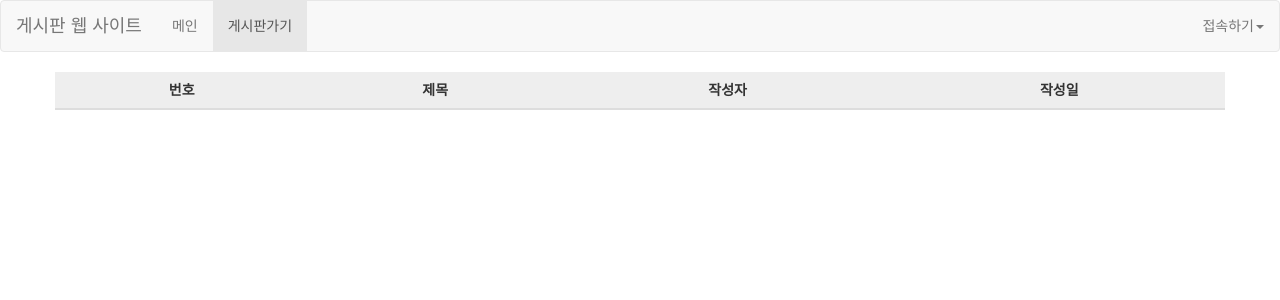
Repository: dbfjd01/save
Page: http://localhost/BBS/bbs.jsp
An editor plug-in stored every save of this project. The page is shown before and after the next save, followed by the edit.
The browser window is 1280 px wide. The pictures show the whole page.
Some web libraries are served in a nearby version. The page is served by Tomcat 9.

Above is the page before, as saved 2021-07-02 04:49:19.

After the next save:
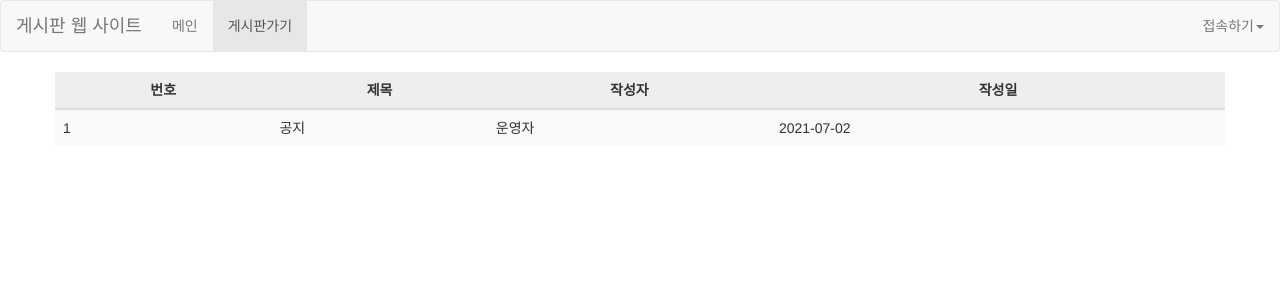
Saved 3 min 16 s later.
--- a/Test/BBS/src/main/webapp/bbs.jsp
+++ b/Test/BBS/src/main/webapp/bbs.jsp
@@ -86,6 +86,14 @@
 						<th style="background-color: #eeeeee; text-align: center;">작성일</th>
 					</tr>
 				</thead>
+				<tbody>
+					<tr>
+						<td>1</td>
+						<td>공지</td>
+						<td>운영자</td>
+						<td>2021-07-02</td>
+					</tr>
+				</tbody>
 			</table>
 		</div>
 	</div>
